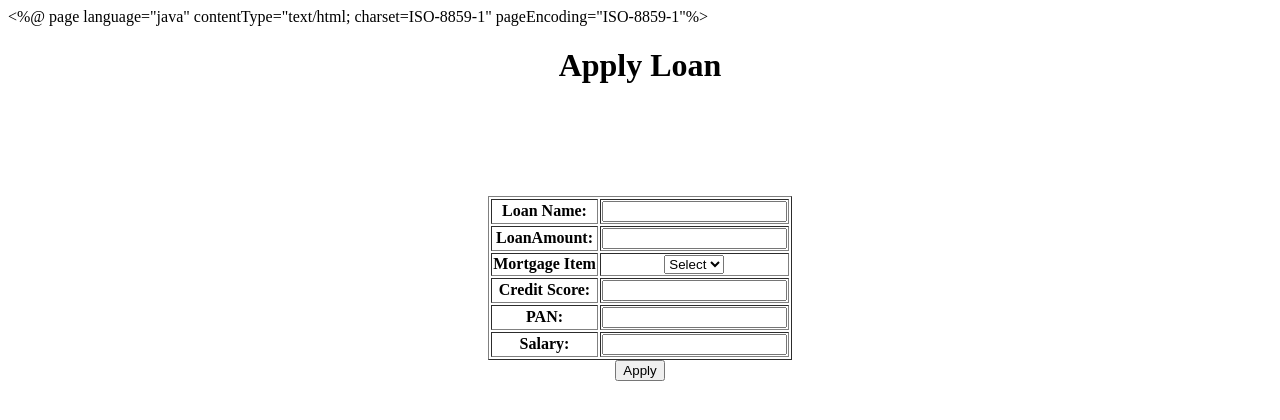
Repository: hemanivetha/Microservices
Page: Batch1/src/main/webapp/WEB-INF/views/loan.html
These files come from the project's save history. The page is drawn as it stood at one moment and after the next save; the edit follows.
The browser window is 1280 px wide. The pictures show the whole page.

Above is the page before, as saved 2019-10-18 11:56:00.

After the next save:
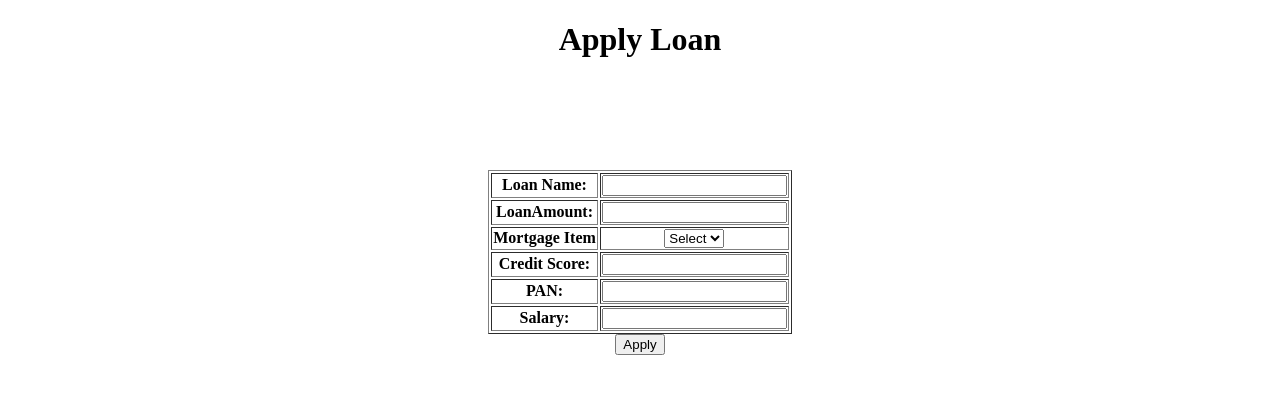
Saved 2 min 8 s later.
--- a/Batch1/src/main/webapp/WEB-INF/views/loan.html
+++ b/Batch1/src/main/webapp/WEB-INF/views/loan.html
@@ -1,5 +1,4 @@
-<%@ page language="java" contentType="text/html; charset=ISO-8859-1"
-	pageEncoding="ISO-8859-1"%>
+
 <!DOCTYPE html>
 <html>
 <head>
